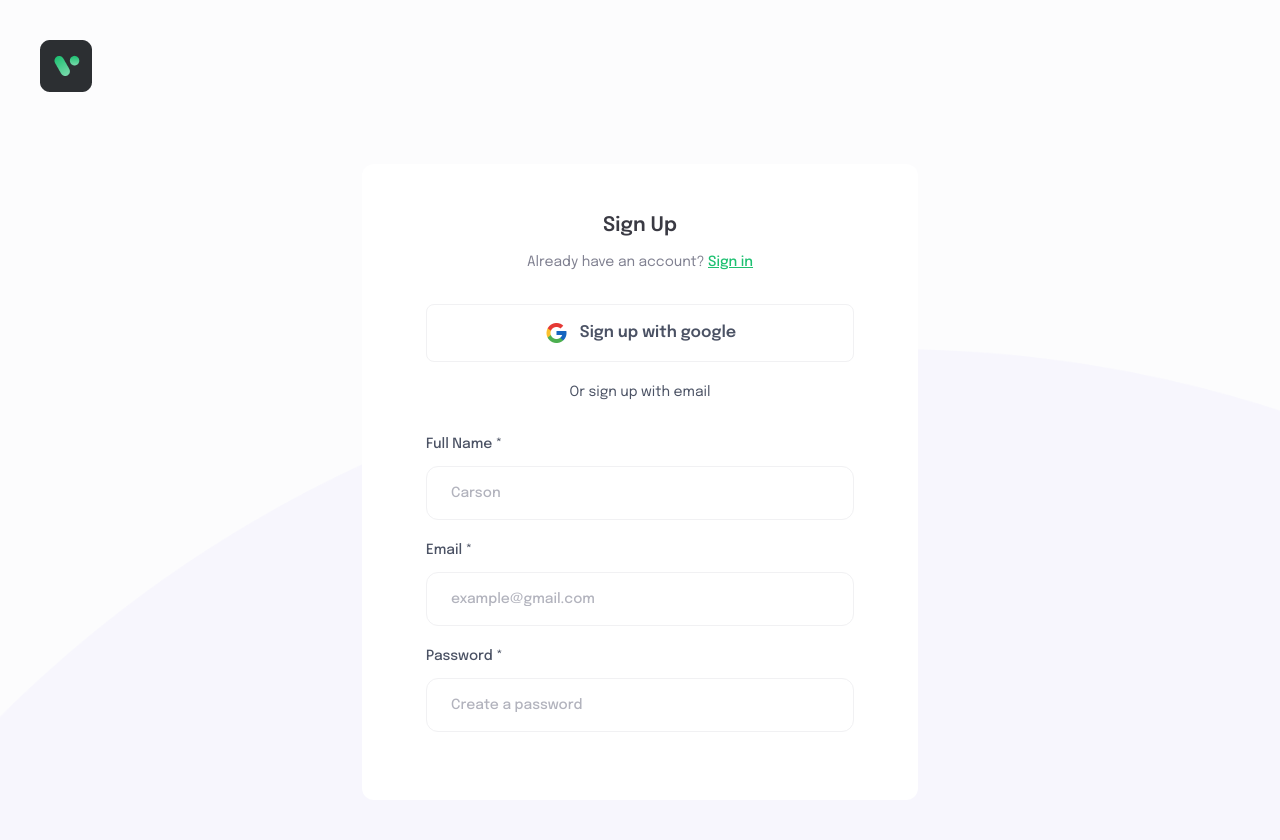
Repository: CarsonDev1/Crowfunding
Page: /sign-up
These files come from the project's save history. The page is drawn as it stood at one moment and after the next save; the edit follows.
The browser window is 1280 px wide. The pictures show the whole page.
The project was rebuilt for these pictures with package versions that can differ from the ones it lists, and the page was loaded fresh each time. Also part of the build but not shown: src/components/common/ErrorComponent.jsx, src/pages/SignIn.jsx.

Above is the page before, as saved 2023-04-07 11:26:40.

After the next save:
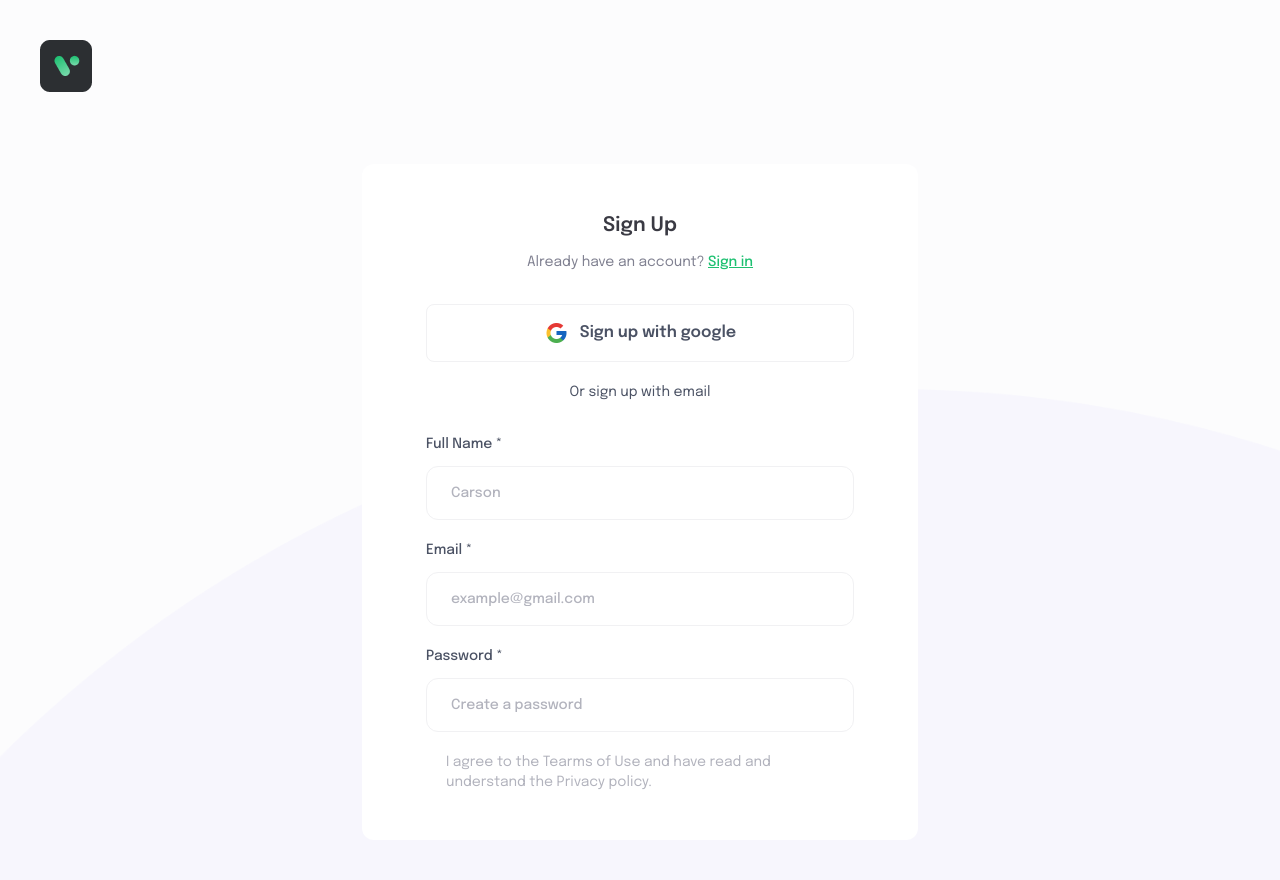
Saved 12 s later.
--- a/src/pages/SignUp.jsx
+++ b/src/pages/SignUp.jsx
@@ -39,6 +39,12 @@ function SignUp() {
 					<Label htmlFor="password">Password *</Label>
 					<Input placeholder="Create a password" type="password" control={control} name="password" />
 				</FormGroup>
+				<div className="flex items-start gap-x-5">
+					<span></span>
+					<p className="text-sm text-text4">
+						I agree to the Tearms of Use and have read and understand the Privacy policy.
+					</p>
+				</div>
 			</form>
 		</LayoutAuthentication>
 	);
